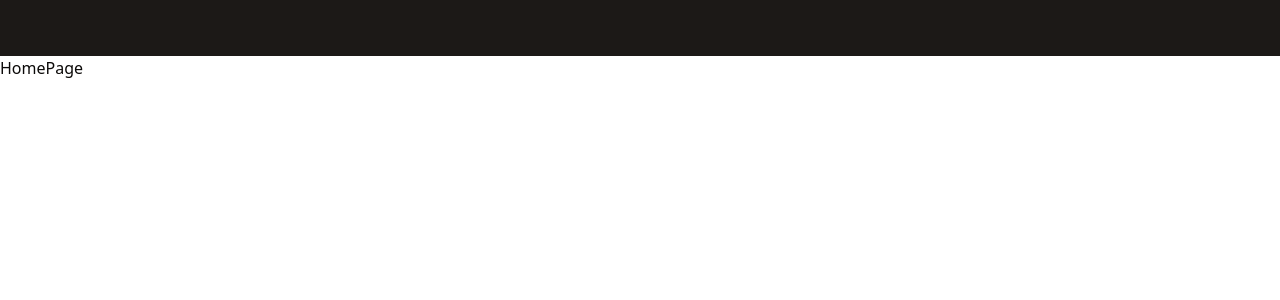
Repository: jefrydep/new-horizont-school
Page: /home
The author's editor kept a copy of each file at every save. The page is drawn from the files as they stood at one save, then again after the next save.
The browser window is 1280 px wide. The pictures show the whole page.
The project was rebuilt for these pictures with package versions that can differ from the ones it lists, and the page was loaded fresh each time. The framework's server and built-in components were replaced by stand-ins that run in the browser. Also part of the build but not shown: next.config.ts.

Above is the page before, as saved 2024-11-07 16:05:40.

### src/app/layout.tsx
import type { Metadata } from "next";
import localFont from "next/font/local";
import "./globals.css";
import Navbar from "@/components/Navbar";

const geistSans = localFont({
  src: "./fonts/GeistVF.woff",
  variable: "--font-geist-sans",
  weight: "100 900",
});
const geistMono = localFont({
  src: "./fonts/GeistMonoVF.woff",
  variable: "--font-geist-mono",
  weight: "100 900",
});

export const metadata: Metadata = {
  title: "Create Next App",
  description: "Generated by create next app",
};

export default function RootLayout({
  children,
}: Readonly<{
  children: React.ReactNode;
}>) {
  return (
    <html lang="en">
      <body
        className={`${geistSans.variable} ${geistMono.variable} antialiased`}
      >
        <Navbar/>
        {children}
      </body>
    </html>
  );
}

### src/app/(new-horizont-school)/layout.tsx
// import type { Metadata } from "next";
// import localFont from "next/font/local";

import Navbar from "@/components/Navbar";

// const geistSans = localFont({
//   src: "./fonts/GeistVF.woff",
//   variable: "--font-geist-sans",
//   weight: "100 900",
// });
// const geistMono = localFont({
//   src: "./fonts/GeistMonoVF.woff",
//   variable: "--font-geist-mono",
//   weight: "100 900",
// });

// export const metadata: Metadata = {
//   title: "Create Next App",
//   description: "Generated by create next app",
// };

export default function SchoolLayout({
  children,
}: Readonly<{
  children: React.ReactNode;
}>) {
  return (
    <html lang="en">
      <body
      // className={`${geistSans.variable} ${geistMono.variable} antialiased`}
      >
        {children}
      </body>
    </html>
  );
}

### src/app/globals.css
@tailwind base;
@tailwind components;
@tailwind utilities;

/* :root {
  --background: #ffffff;
  --foreground: #171717;
}

@media (prefers-color-scheme: dark) {
  :root {
    --background: #0a0a0a;
    --foreground: #ededed;
  }
}

body {
  color: var(--foreground);
  background: var(--background);
  font-family: Arial, Helvetica, sans-serif;
} */
@layer base {
  :root {
    --background: 0 0% 100%;
    --foreground: 20 14.3% 4.1%;
    --card: 0 0% 100%;
    --card-foreground: 20 14.3% 4.1%;
    --popover: 0 0% 100%;
    --popover-foreground: 20 14.3% 4.1%;
    --primary: 24 9.8% 10%;
    --primary-foreground: 60 9.1% 97.8%;
    --secondary: 60 4.8% 95.9%;
    --secondary-foreground: 24 9.8% 10%;
    --muted: 60 4.8% 95.9%;
    --muted-foreground: 25 5.3% 44.7%;
    --accent: 60 4.8% 95.9%;
    --accent-foreground: 24 9.8% 10%;
    --destructive: 0 84.2% 60.2%;
    --destructive-foreground: 60 9.1% 97.8%;
    --border: 20 5.9% 90%;
    --input: 20 5.9% 90%;
    --ring: 20 14.3% 4.1%;
    --chart-1: 12 76% 61%;
    --chart-2: 173 58% 39%;
    --chart-3: 197 37% 24%;
    --chart-4: 43 74% 66%;
    --chart-5: 27 87% 67%;
    --radius: 0.5rem
  }
  .dark {
    --background: 20 14.3% 4.1%;
    --foreground: 60 9.1% 97.8%;
    --card: 20 14.3% 4.1%;
    --card-foreground: 60 9.1% 97.8%;
    --popover: 20 14.3% 4.1%;
    --popover-foreground: 60 9.1% 97.8%;
    --primary: 60 9.1% 97.8%;
    --primary-foreground: 24 9.8% 10%;
    --secondary: 12 6.5% 15.1%;
    --secondary-foreground: 60 9.1% 97.8%;
    --muted: 12 6.5% 15.1%;
    --muted-foreground: 24 5.4% 63.9%;
    --accent: 12 6.5% 15.1%;
    --accent-foreground: 60 9.1% 97.8%;
    --destructive: 0 62.8% 30.6%;
    --destructive-foreground: 60 9.1% 97.8%;
    --border: 12 6.5% 15.1%;
    --input: 12 6.5% 15.1%;
    --ring: 24 5.7% 82.9%;
    --chart-1: 220 70% 50%;
    --chart-2: 160 60% 45%;
    --chart-3: 30 80% 55%;
    --chart-4: 280 65% 60%;
    --chart-5: 340 75% 55%
  }
}
@layer base {
  * {
    @apply border-border;
  }
  body {
    @apply bg-background text-foreground;
  }
}

### src/components/Navbar.tsx
export default function Navbar() {
  return (
    <header className="bg-primary h-14">
      <div></div>
    </header>
  );
}

Loaded but not shown: src/app/(new-horizont-school)/home/page.tsx (common file); tailwind.config.ts (common file)

After the next save:
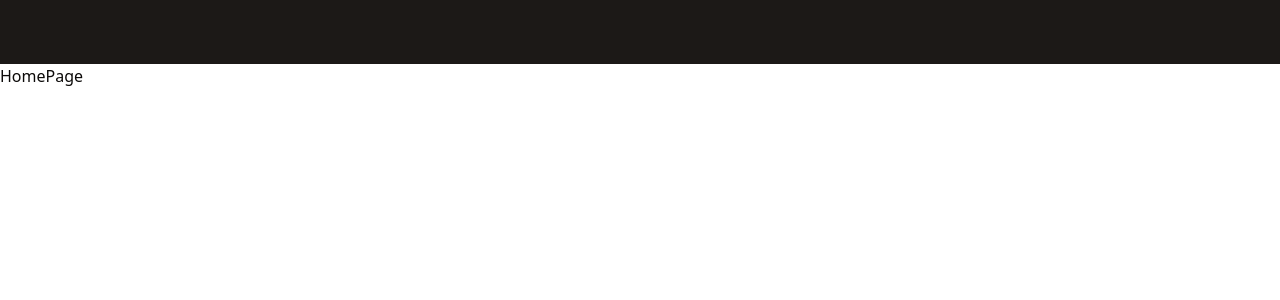
Saved 9 s later.
--- a/src/components/Navbar.tsx
+++ b/src/components/Navbar.tsx
@@ -1,6 +1,6 @@
 export default function Navbar() {
   return (
-    <header className="bg-primary h-14">
+    <header className="bg-primary h-16">
       <div></div>
     </header>
   );
